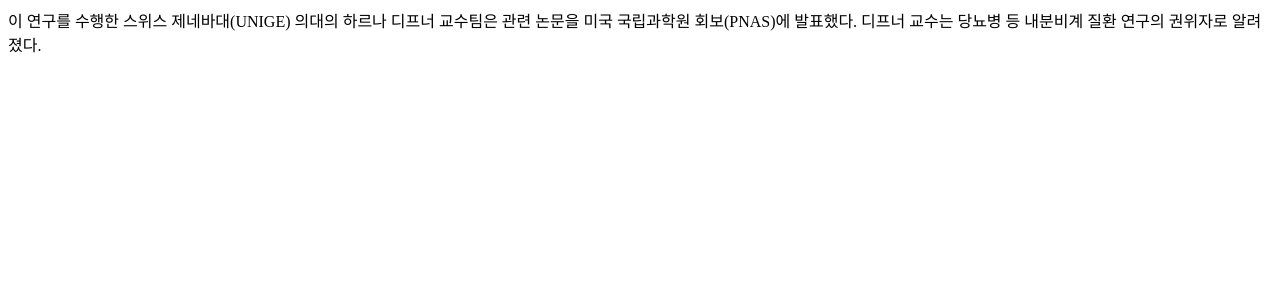
Repository: Rummikub/DBStudy
Page: HTMLProject2/WebContent/HTML/EXAM2.html
The author's editor kept a copy of each file at every save. The page is drawn from the files as they stood at one save, then again after the next save.
The browser window is 1280 px wide. The pictures show the whole page.

Above is the page before, as saved 2020-02-04 06:32:26.

### HTMLProject2/WebContent/HTML/EXAM2.html
<!DOCTYPE html PUBLIC "-//W3C//DTD HTML 4.01 Transitional//EN" "http://www.w3.org/TR/html4/loose.dtd">
<!--
	p, br, pre
	=> HTML 한줄 문자열
 -->
<html>
<head>
<meta http-equiv="Content-Type" content="text/html; charset=UTF-8">
<title>Insert title here</title>
</head>
<body>
    이 연구를 수행한 스위스 제네바대(UNIGE) 의대의 하르나 디프너 교수팀은 관련 논문을 미국 국립과학원 회보(PNAS)에 발표했다.
    디프너 교수는 당뇨병 등 내분비계 질환 연구의 권위자로 알려졌다.
</body>
</html>

After the next save:
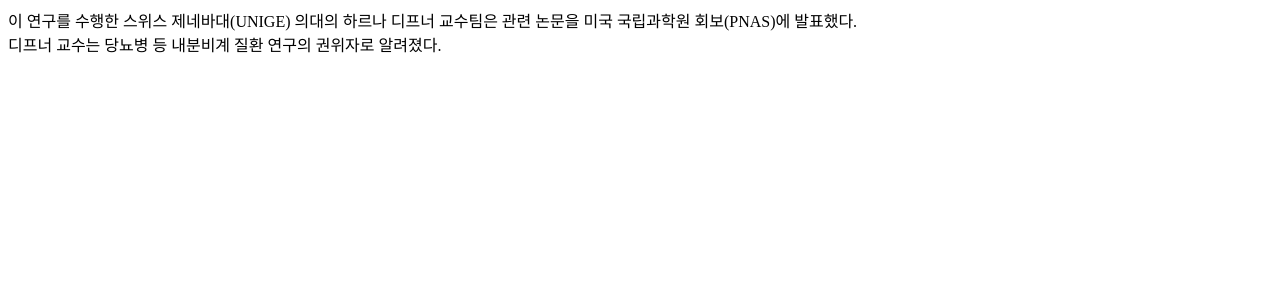
Saved 44 s later.
--- a/HTMLProject2/WebContent/HTML/EXAM2.html
+++ b/HTMLProject2/WebContent/HTML/EXAM2.html
@@ -9,7 +9,7 @@
 <title>Insert title here</title>
 </head>
 <body>
-    이 연구를 수행한 스위스 제네바대(UNIGE) 의대의 하르나 디프너 교수팀은 관련 논문을 미국 국립과학원 회보(PNAS)에 발표했다.
+    이 연구를 수행한 스위스 제네바대(UNIGE) 의대의 하르나 디프너 교수팀은 관련 논문을 미국 국립과학원 회보(PNAS)에 발표했다. <br>
     디프너 교수는 당뇨병 등 내분비계 질환 연구의 권위자로 알려졌다.
 </body>
 </html>
